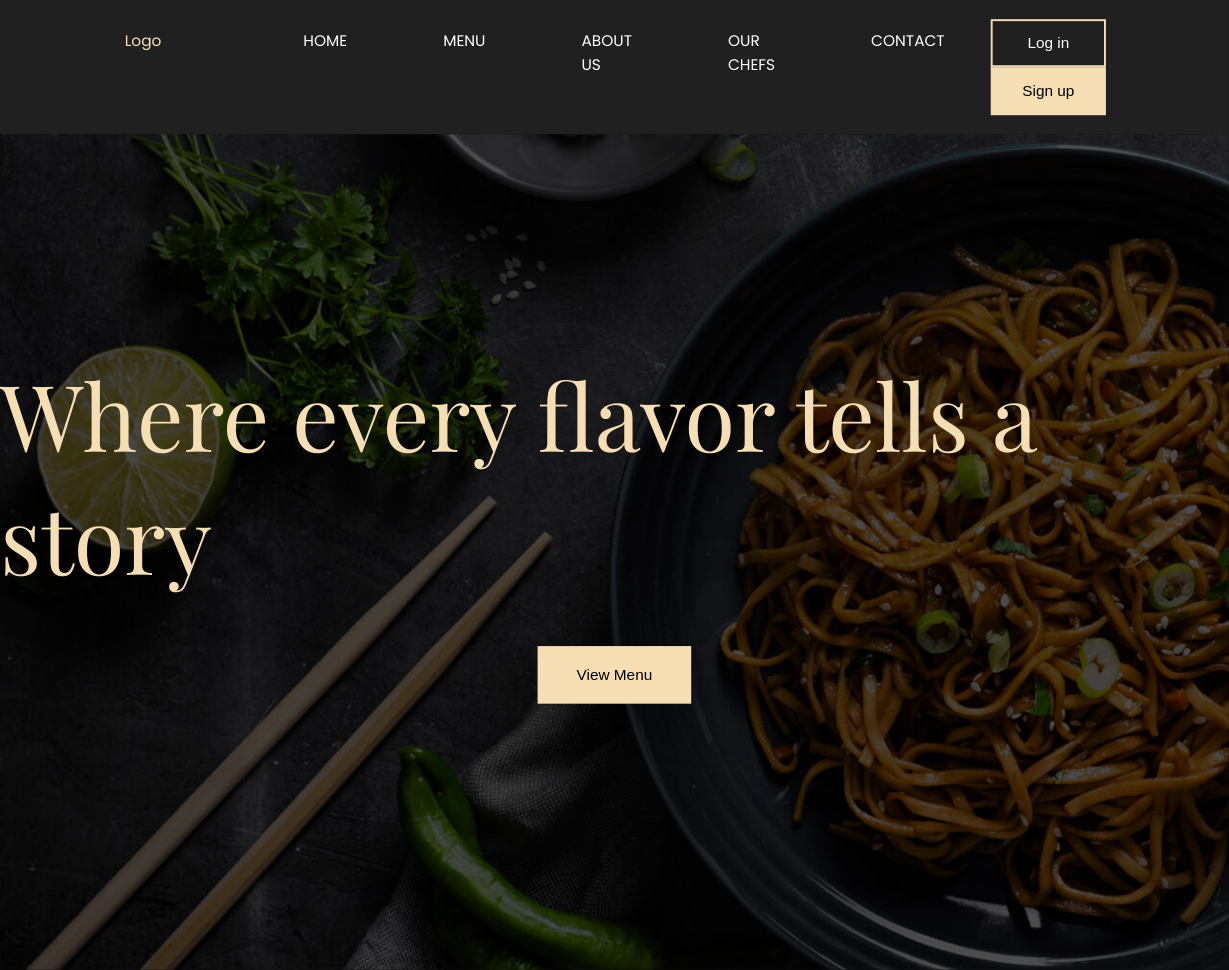
Repository: ThisIsSahaj/NSP
Page: index.html
An editor plug-in stored every save of this project. The page is shown before and after the next save, followed by the edit.
The browser window is 1280 px wide. The pictures show the whole page, at 96% of full size.

Above is the page before, as saved 2023-11-06 14:08:49.

After the next save:
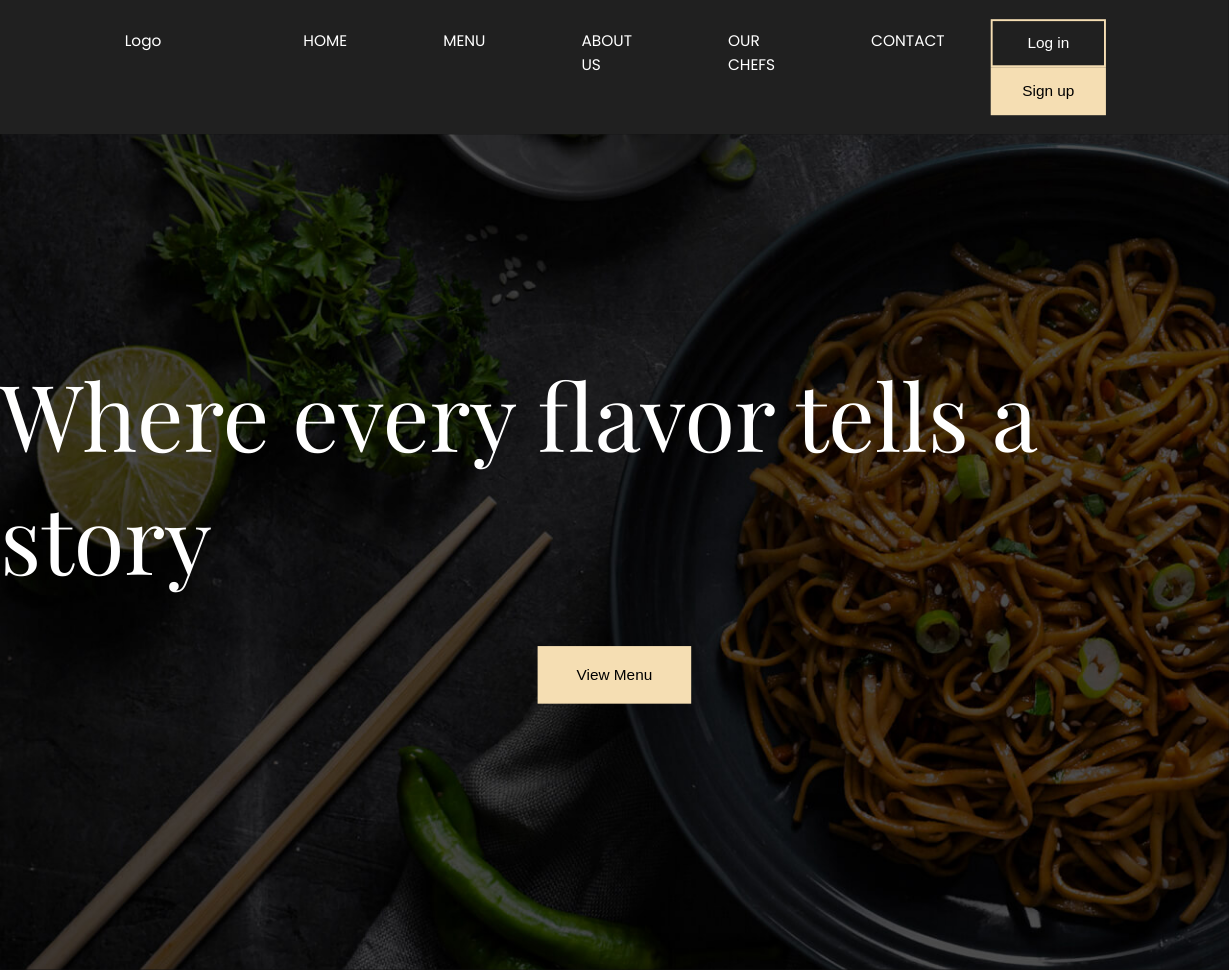
Saved 34 s later.
--- a/style.css
+++ b/style.css
@@ -14,7 +14,7 @@ body{
     background-color: #0F0F0F;
     font-family: 'Poppins', sans-serif;
     /* color: rgb(224, 212, 212); */
-    color: wheat;
+    color: white;
 }
 
 header{
